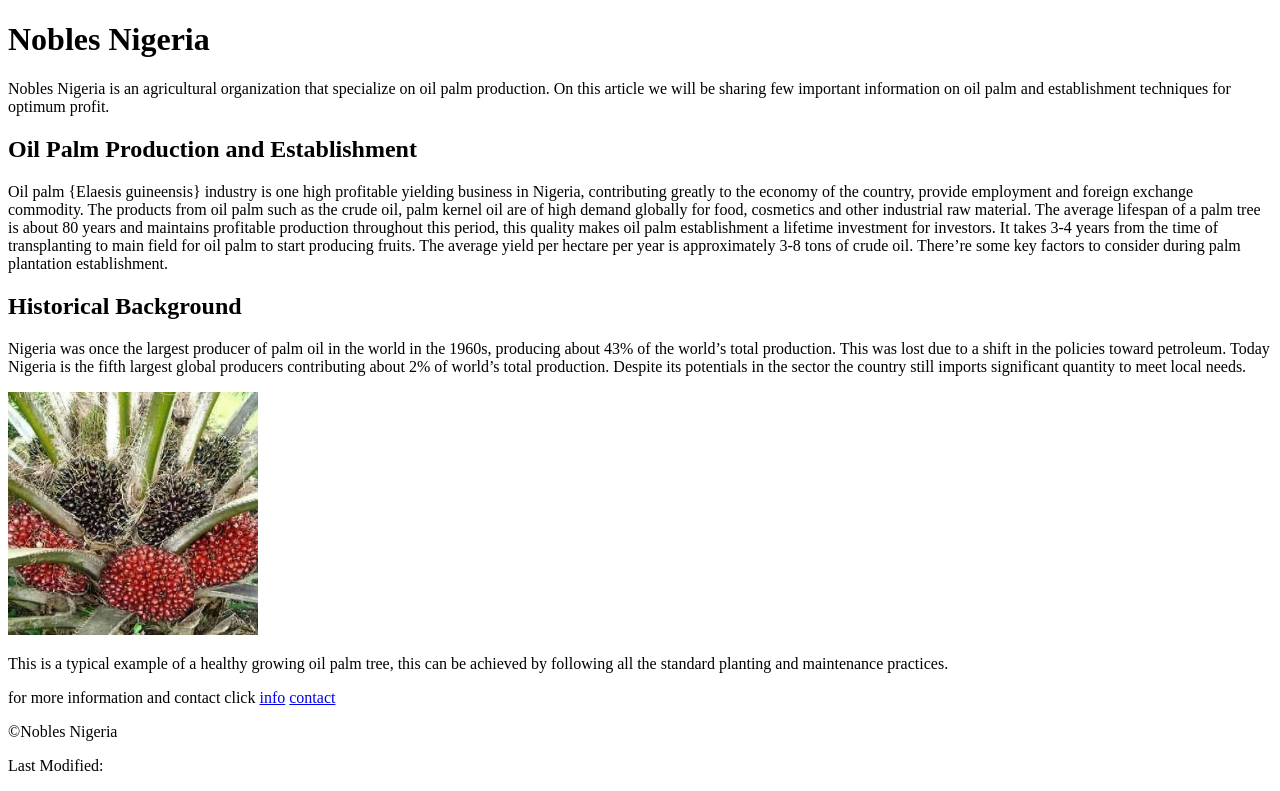
Repository: NoblesNigeria/wdd131
Page: wdd131-project/course-project.html
The author's editor kept a copy of each file at every save. The page is drawn from the files as they stood at one save, then again after the next save.
The browser window is 1280 px wide. The pictures show the whole page.

Above is the page before, as saved 2025-12-03 13:55:23.

After the next save:
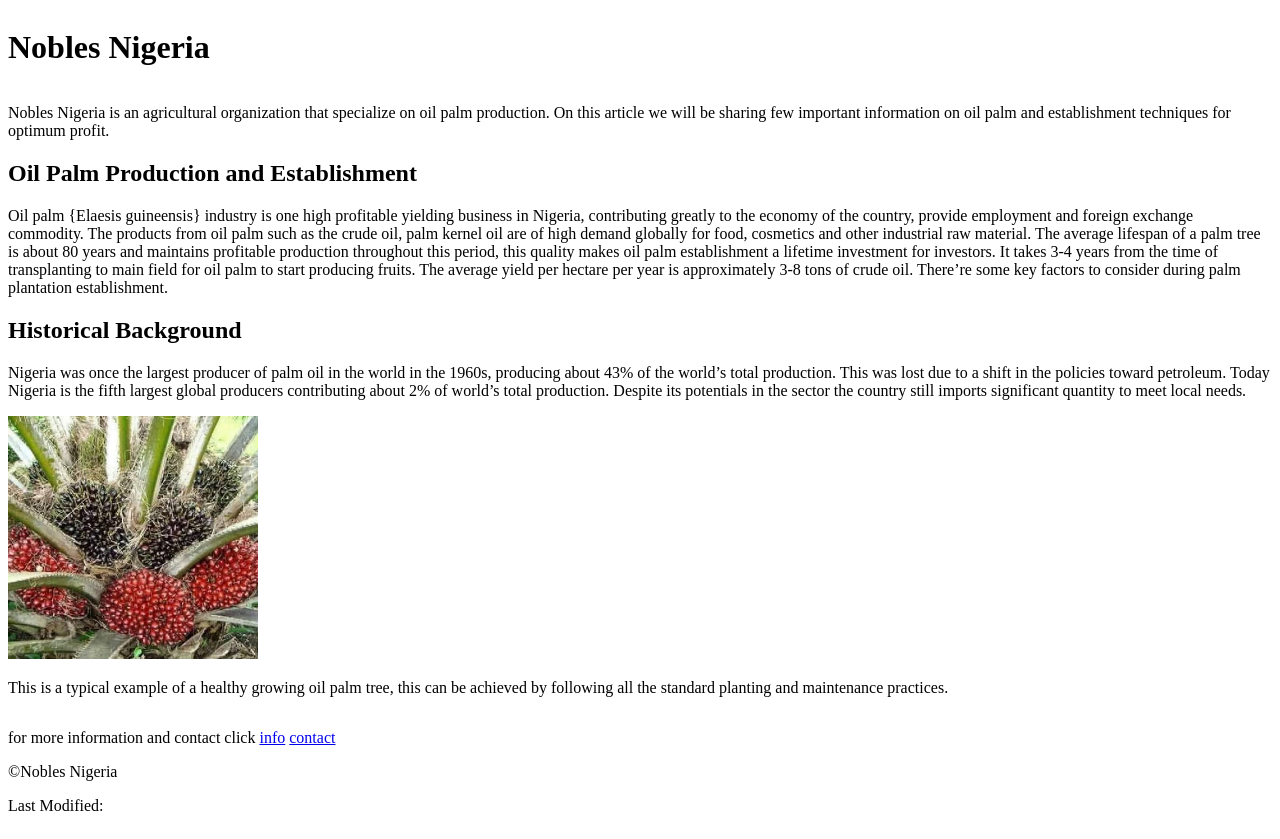
Saved 4 s later.
--- a/wdd131-project/styles/course-project-large.css
+++ b/wdd131-project/styles/course-project-large.css
@@ -1,3 +1,3 @@
 body{
-    display :
+    display :grid
 }

After the 2 saves that followed:
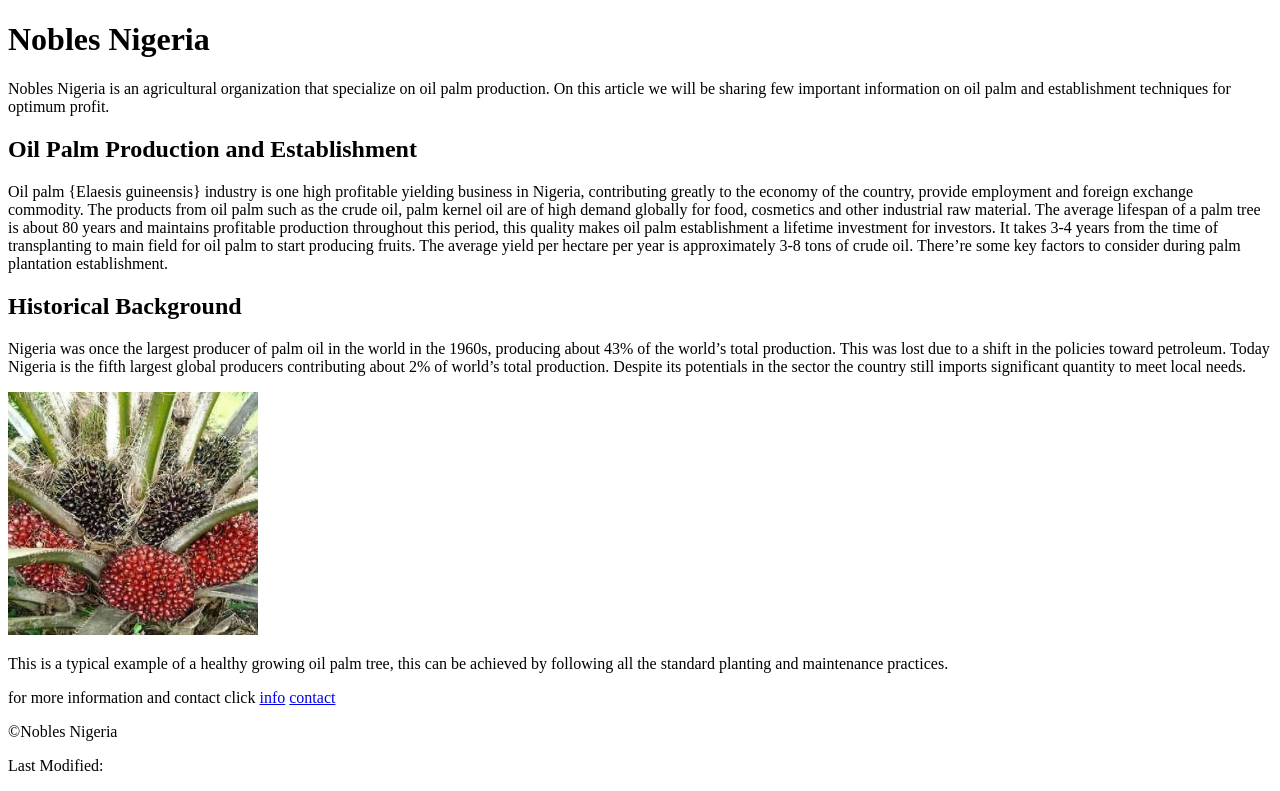
The 2 saves are shown as one change because 1 left the picture as it was.
The last was saved 18 s later.
--- a/wdd131-project/styles/course-project-large.css
+++ b/wdd131-project/styles/course-project-large.css
@@ -1,3 +1,4 @@
 body{
     display :grid
+    gri
 }
